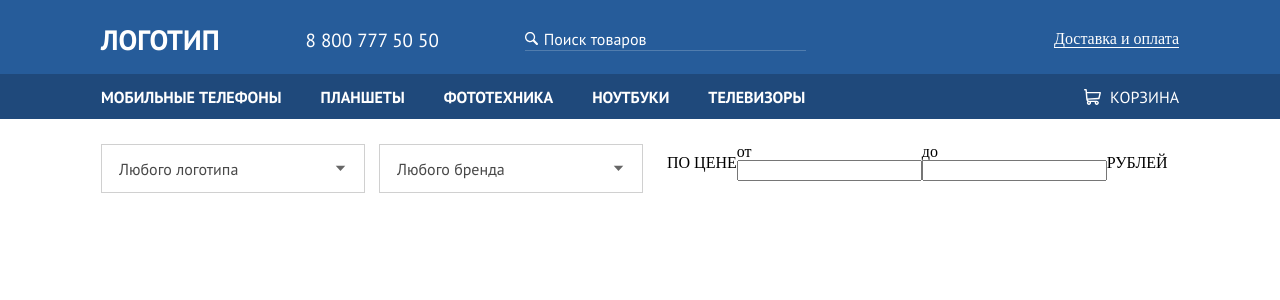
Repository: sem1103/WEBCompany
Page: index.html
An editor plug-in stored every save of this project. The page is shown before and after the next save, followed by the edit.
The browser window is 1280 px wide. The pictures show the whole page.

Above is the page before, as saved 2024-01-11 21:29:45.

After the next save:
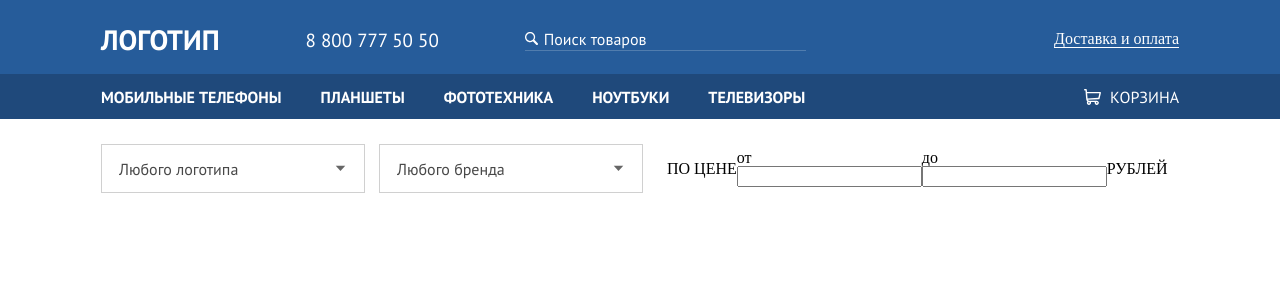
Saved 47 s later.
--- a/styles/main.css
+++ b/styles/main.css
@@ -87,7 +87,7 @@
 .filter-title{
     padding: 25px 0 23px 0;
     display: flex;
-    align-items: start;
+    align-items: center;
 }
 .price__filter{
     display: flex;

After the save that followed:
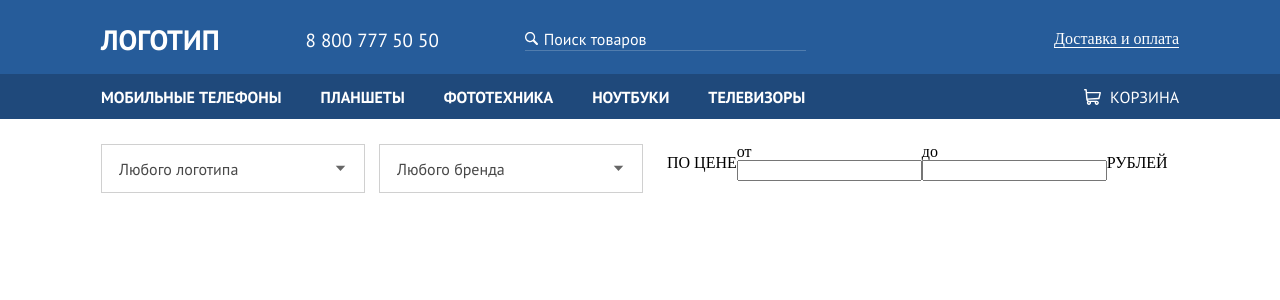
Saved 9 s later.
--- a/styles/main.css
+++ b/styles/main.css
@@ -87,7 +87,7 @@
 .filter-title{
     padding: 25px 0 23px 0;
     display: flex;
-    align-items: center;
+    align-items: start;
 }
 .price__filter{
     display: flex;
